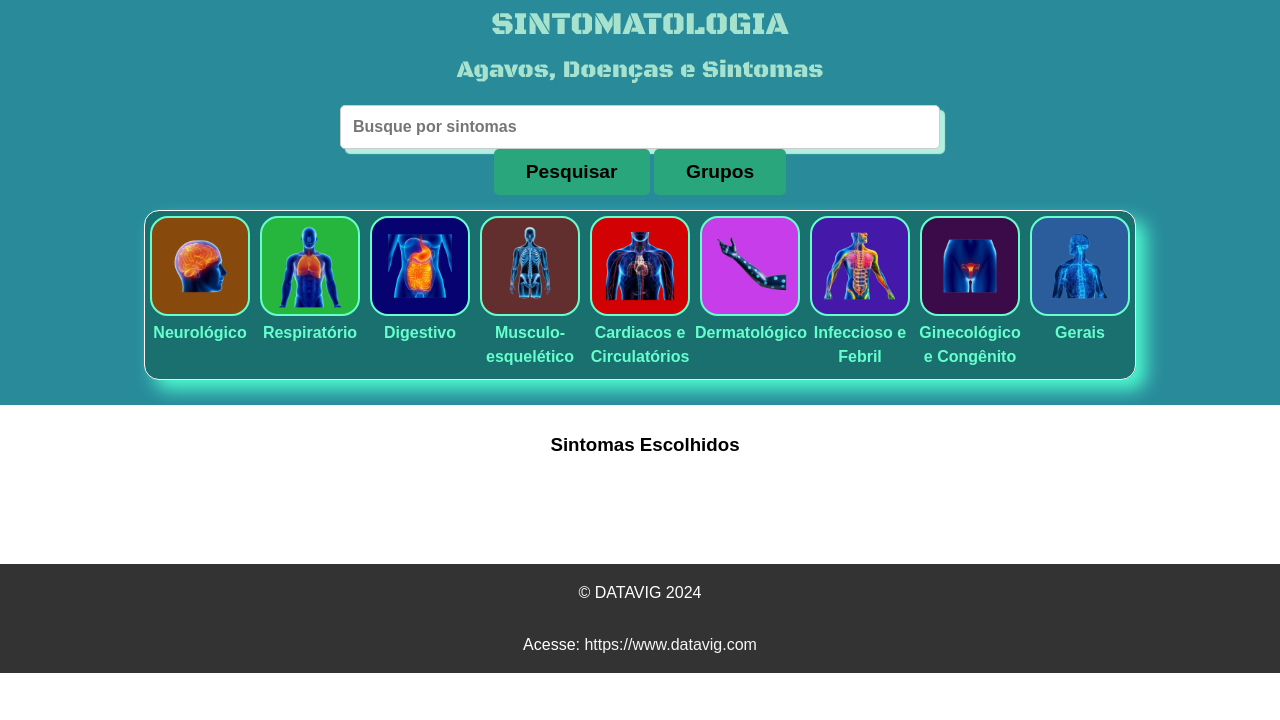
Repository: br-on/vigia
Page: index.html
An editor plug-in stored every save of this project. The page is shown before and after the next save, followed by the edit.
The browser window is 1280 px wide. The pictures show the whole page.
Some web fonts or font styles are not loaded; a fallback is used.

Above is the page before, as saved 2024-09-29 13:45:56.

### index.html
<!DOCTYPE html>
<html lang="pt-br">
<head>
  <meta charset="UTF-8">
  <meta name="viewport" content="width=device-width, initial-scale=1.0">
  <title>Sintomatologia</title>
  <link rel="stylesheet" href="assets/style/style.css">
</head>
<body>
  <nav>
  </nav>
  <header class="search">
    <h1 class="black-ops-one-regular">SINTOMATOLOGIA</h1>
    <h2 class="black-ops-one-regular">Agavos, Doenças e Sintomas</h2>

    <input type="text" placeholder="Busque por sintomas" class="electrolize-regular" id="campo-pesquisa">
    <div class="botoes">
      <button onclick="pesquisar()" class="electrolize-regular">Pesquisar</button>
      <button onclick="mostrarGrupos()" class="electrolize-regular">Grupos</button>
    </div>
    <div id="resultados-pesquisa" class="resultado-pesquisa font-item-sintoma"></div>
    <div id="grupos-sintomas" class="grupos-sintomas">
      <div class="base-div">
      <div id="neurologicos" class="grupo "><div class="grupo-sintoma bg-neurologicos"><img src="/assets/img/grupos/neurologico.png" alt=""></div><div class="nome-grupo electrolize-regular">Neurológico</div></div>
      <div id="respiratorios" class="grupo"><div class="grupo-sintoma bg-respiratorios"><img src="assets/img/grupos/respiratorio.png" alt=""></div><div class="nome-grupo electrolize-regular">Respiratório</div></div>
      <div id="digestivos" class="grupo"><div class="grupo-sintoma bg-digestivos"><img src="assets/img/grupos/digestivo.png" alt=""></div><div class="nome-grupo electrolize-regular">Digestivo</div></div>
      <div id="musculoesqueleticos" class="grupo"><div class="grupo-sintoma bg-musculoesqueleticos"><img src="assets/img/grupos/musculoesqueletico.png" alt=""></div><div class="nome-grupo electrolize-regular">Musculo- esquelético</div></div>
      <div id="cardiacos-circulatorios" class="grupo"><div class="grupo-sintoma bg-cardiacos-circulatorios"><img src="assets/img/grupos/cardiaco.png" alt=""></div><div class="nome-grupo electrolize-regular">Cardiacos e Circulatórios</div></div>
      <div id="dermatologicos" class="grupo"><div class="grupo-sintoma bg-dermatologicos"><img src="assets/img/grupos/dermatologico.png" alt=""></div><div class="nome-grupo electrolize-regular">Dermatológico</div></div>
      <div id="infecciosos-febris" class="grupo"><div class="grupo-sintoma bg-infecciosos-febris"><img src="assets/img/grupos/infecciosofebril.png" alt=""></div><div class="nome-grupo electrolize-regular">Infeccioso e Febril</div></div>
      <div id="ginecologicos-congenitos" class="grupo"><div class="grupo-sintoma bg-ginecologicos-congenitos"><img src="assets/img/grupos/ginecologicocongentia.png" alt=""></div><div class="nome-grupo electrolize-regular">Ginecológico e Congênito</div></div>
      <div id="sistemicos-gerais" class="grupo"><div class="grupo-sintoma bg-sistemicos-gerais"><img src="assets/img/grupos/gerais.png" alt=""></div><div class="nome-grupo electrolize-regular">Gerais</div></div>
      </div>
      <div class="overlay-div">
        <div class="top-overlay-div">
          <div class="top-1">
            <button class="electrolize-regular">Voltar</button>
          </div>
          <div class="top-2">    </div>
        </div>
        <div class="sintomas-grupo">
          <div id="resultados-pesquisa-grupo" class="resultado-pesquisa-sintomas font-item-sintoma"></div>
        </div>
      </div>
    </div><br>

    <br>
  </header>

  <main>
    <center><h3>Sintomas Escolhidos</h3></center>
    <div id="sintomas-escolhidos">
      <!-- Sintomas escolhidos serão exibidos aqui -->
    </div>
    <br><br>
    <div id="resultados-doencas">
      <!-- Resultados das doenças serão exibidos aqui -->
    </div>
    <br><br>

  </main>
  <footer>
    <p>&copy; DATAVIG 2024 </p> <br> <p>Acesse: <a href="https://www.datavig.com">https://www.datavig.com</a></p>
  </footer>

  <script src="assets/script/sintomas.js"></script>
  <script src="assets/script/data.js"></script>
  <script src="assets/script/app.js"></script>
</body>
</html>

### assets/script/app.js
    // variaveis globais bara definir mesma altura para resultados-pesquisa
const grupoSintomas = document.querySelector('.grupos-sintomas');
const resultadosPesquisa = document.querySelector('#resultados-pesquisa');

resultadosPesquisa.style.width = `${grupoSintomas.offsetWidth}px`;
resultadosPesquisa.style.height = `${grupoSintomas.offsetHeight}px`;

document.addEventListener('DOMContentLoaded', function () {
    // Inicialmente, ocultar a div #resultados-pesquisa
    const resultadosPesquisa = document.getElementById('resultados-pesquisa');
    resultadosPesquisa.style.display = 'none';

    // Configurar eventos de clique nos grupos e no botão Voltar
    configurarEventosDeCliqueNosGrupos();
});

function configurarEventosDeCliqueNosGrupos() {
    // Seleciona todas as divs de grupos de sintomas
    const grupos = document.querySelectorAll('.grupo');

    // Adiciona o evento de clique para cada grupo
    grupos.forEach(grupo => {
        grupo.addEventListener('click', () => {
            exibirSintomasPorGrupo(grupo.id);
        });
    });

    // Adiciona evento de clique ao botão Voltar
    const backButton = document.querySelector('.top-1 button');
    backButton.addEventListener('click', ocultarOverlay);
}

function exibirSintomasPorGrupo(grupoId) {
    const overlayDiv = document.querySelector('.overlay-div');
    const resultadosSintomasDiv = document.getElementById("resultados-pesquisa-grupo");
    const top2Div = document.querySelector('.top-2');
    const grupoDiv = document.getElementById(grupoId);

    // Limpa resultados anteriores
    resultadosSintomasDiv.innerHTML = "";

    // Obter sintomas já escolhidos
    const sintomasEscolhidos = Array.from(document.getElementById("sintomas-escolhidos").children)
        .map(div => div.textContent);

    // Filtrar sintomas pelo grupo clicado e que não foram escolhidos
    const sintomasEncontrados = dataSintomas.filter(sintoma =>
        sintoma.grupo_sintoma.toLowerCase() === grupoId.toLowerCase() &&
        !sintomasEscolhidos.includes(sintoma.titulo_sintoma)
    );

    // Exibir sintomas encontrados ou mensagem de "nenhum sintoma encontrado"
    if (sintomasEncontrados.length > 0) {
        sintomasEncontrados.forEach(sintoma => {
            const divSintoma = document.createElement('div');
            divSintoma.className = 'sintoma-item';
            divSintoma.style.backgroundColor = coresPorGrupo[grupoId.toLowerCase()] || '#ccc';
            divSintoma.textContent = sintoma.titulo_sintoma;
            divSintoma.addEventListener('click', () => adicionarSintomaEscolhido(sintoma, grupoId));
            resultadosSintomasDiv.appendChild(divSintoma);
        });
    } else {
        resultadosSintomasDiv.innerHTML = '<p>Nenhum sintoma encontrado para este grupo.</p>';
    }

    // Clona o conteúdo da div do grupo selecionado e insere na top-2
    const grupoDivClone = grupoDiv.cloneNode(true);
    top2Div.innerHTML = ''; // Limpa a top-2 antes de adicionar o clone
    top2Div.appendChild(grupoDivClone);

    // Exibe a overlay-div
    overlayDiv.classList.remove('display-off');
    overlayDiv.classList.add('display-on');
}

function ocultarOverlay() {
    const overlayDiv = document.querySelector('.overlay-div');
    overlayDiv.classList.remove('display-on');
    overlayDiv.classList.add('display-off');
}

function mostrarGrupos() {
    document.getElementById('resultados-pesquisa').style.display = 'none';
    document.getElementById('grupos-sintomas').style.display = 'block';
    document.getElementById('campo-pesquisa').value = ""; // para limpar quando for pra grupo
}

function pesquisar() {
    // esconde lista de grupos e exibe resultados de pesquisa
    document.getElementById('grupos-sintomas').style.display = 'none';
    document.getElementById('resultados-pesquisa').style.display = 'block';

    let campoPesquisa = document.getElementById("campo-pesquisa").value.toLowerCase();
    let resultadosSintomasDiv = document.getElementById("resultados-pesquisa");
    resultadosSintomasDiv.innerHTML = ""; // Limpar resultados anteriores

    //verifica se o campo pesdquisa está vazio
    if (campoPesquisa.trim() === "") {
        resultadosSintomasDiv.innerHTML = "<p>Digite um sintoma para iniciar a pesquisa.</p>";
        return;
    }

    // Obter sintomas já escolhidos para aplicar classe 'selecionado'
    let sintomasEscolhidos = Array.from(document.getElementById("sintomas-escolhidos").children)
        .map(div => div.textContent.trim());

    // Filtrar sintomas que correspondem ao texto digitado (exibindo todos, mesmo os já escolhidos)
    let sintomasEncontrados = dataSintomas.filter(sintoma =>
        sintoma.titulo_sintoma.toLowerCase().includes(campoPesquisa) ||
        sintoma.grupo_sintoma.toLowerCase().includes(campoPesquisa)
    );

    //verifica se encontrou algum sintoma correspondente
    if (sintomasEncontrados.length === 0) {
        resultadosSintomasDiv.innerHTML = "<p>Nenhum sintoma encontrado.</p>";
    } else {
        sintomasEncontrados.forEach(sintoma => {
            let divSintoma = document.createElement('div');
            divSintoma.className = 'sintoma-item';

            // Verifica se o sintoma já foi escolhido e adiciona a classe 'selecionado'
            if (sintomasEscolhidos.includes(sintoma.titulo_sintoma)) {
                divSintoma.classList.add('selecionado');
            }

            let grupoId = sintoma.grupo_sintoma.toLowerCase().replace(/\s/g, '-');
            divSintoma.style.backgroundColor = coresPorGrupo[grupoId] || '#ccc';

            divSintoma.textContent = sintoma.titulo_sintoma;
            divSintoma.addEventListener('click', () => adicionarSintomaEscolhido(sintoma, grupoId));

            resultadosSintomasDiv.appendChild(divSintoma);
        });
    }
}

function adicionarSintomaEscolhido(sintoma, grupoId) {
    let sintomasEscolhidosDiv = document.getElementById("sintomas-escolhidos");

    // Verifica se o sintoma já foi escolhido
    if (Array.from(sintomasEscolhidosDiv.children).some(div => div.textContent === sintoma.titulo_sintoma)) return;

    let divEscolhido = document.createElement('div');
    divEscolhido.className = 'sintoma-escolhido';
    divEscolhido.textContent = sintoma.titulo_sintoma;

    // Aplicar a cor do grupo ao sintoma escolhido
    divEscolhido.style.backgroundColor = coresPorGrupo[grupoId.toLowerCase()] || '#ccc';

    // Adiciona o evento de clique para remover o sintoma da lista escolhida
    divEscolhido.addEventListener('click', () => removerSintomaEscolhido(sintoma));

    sintomasEscolhidosDiv.appendChild(divEscolhido);

    let sintomasEncontrados = document.querySelectorAll('.sintoma-item');
    sintomasEncontrados.forEach(item => {
        if (item.textContent === sintoma.titulo_sintoma) {
            item.classList.add('selecionado');
        }
    });

    atualizarDoencasRelacionadas();
}

function removerSintomaEscolhido(sintoma) {
    let sintomasEscolhidosDiv = document.getElementById("sintomas-escolhidos");

    // Encontrar e remover o sintoma da lista de escolhidos
    Array.from(sintomasEscolhidosDiv.children).forEach(div => {
        if (div.textContent === sintoma.titulo_sintoma) {
            div.remove();
        }
    });

    // Reexibir o sintoma na lista de pesquisa ou na lista de grupo
    let resultadosSintomasDiv = document.getElementById("resultados-pesquisa");

    let divSintoma = document.createElement('div');
    divSintoma.className = 'sintoma-item';

    let grupoId = sintoma.grupo_sintoma.toLowerCase().replace(/\s/g, '-');
    divSintoma.style.backgroundColor = coresPorGrupo[grupoId] || '#ccc';

    divSintoma.textContent = sintoma.titulo_sintoma;
    divSintoma.addEventListener('click', () => adicionarSintomaEscolhido(sintoma, grupoId));

    let sintomasEncontrados = document.querySelectorAll('.sintoma-item');

    sintomasEncontrados.forEach(item => {
        if (item.textContent === sintoma.titulo_sintoma) {
            item.classList.remove('selecionado');
        }
    });

    atualizarDoencasRelacionadas();
}

function atualizarDoencasRelacionadas() {
    // Captura os sintomas escolhidos como um array de strings
    let sintomasEscolhidos = Array.from(document.getElementById("sintomas-escolhidos").children)
        .map(div => div.textContent.toLowerCase()); // Convertendo para minúsculas para facilitar a comparação

    let resultadosDoencasDiv = document.getElementById("resultados-doencas");
    resultadosDoencasDiv.innerHTML = ""; // Limpar doenças anteriores

    if (sintomasEscolhidos.length === 0) {
        resultadosDoencasDiv.innerHTML = "<p>Nenhum sintoma selecionado.</p>";
        return;
    }

    // Filtrando as doenças relacionadas com base nos sintomas
    let doencasRelacionadas = dataDoencas.filter(doenca =>
        sintomasEscolhidos.every(sintoma =>
            doenca.sintomas.toLowerCase().includes(sintoma) // Verifica se cada sintoma escolhido está presente na string de sintomas da doença
        )
    );

    // Exibe o resultado da filtragem
    if (doencasRelacionadas.length === 0) {
        resultadosDoencasDiv.innerHTML = "<p>Nenhuma doença relacionada encontrada.</p>";
    } else {
        doencasRelacionadas.forEach(doenca => {
            let divDoenca = document.createElement('div');
            divDoenca.className = 'doenca-item';
            divDoenca.innerHTML = `
            <div class="item-resultado">
                <center><h2 class="black-ops-one-regular">${doenca.titulo}</h2></center>
                <h4 class="electrolize-regular">Descrição</h4>
                <p class="descricao-meta">${doenca.descricao}</p>
                <h4 class="electrolize-regular">Sintomas</h4>
                <p class="descricao-meta">${doenca.sintomas}</p>
            </div>`;
            resultadosDoencasDiv.appendChild(divDoenca);
        });
    }
}

Loaded but not shown: assets/script/data.js (373 lines, source omitted); assets/script/sintomas.js (484 lines, source omitted); assets/style/style.css (496 lines, source omitted)

After the next save:
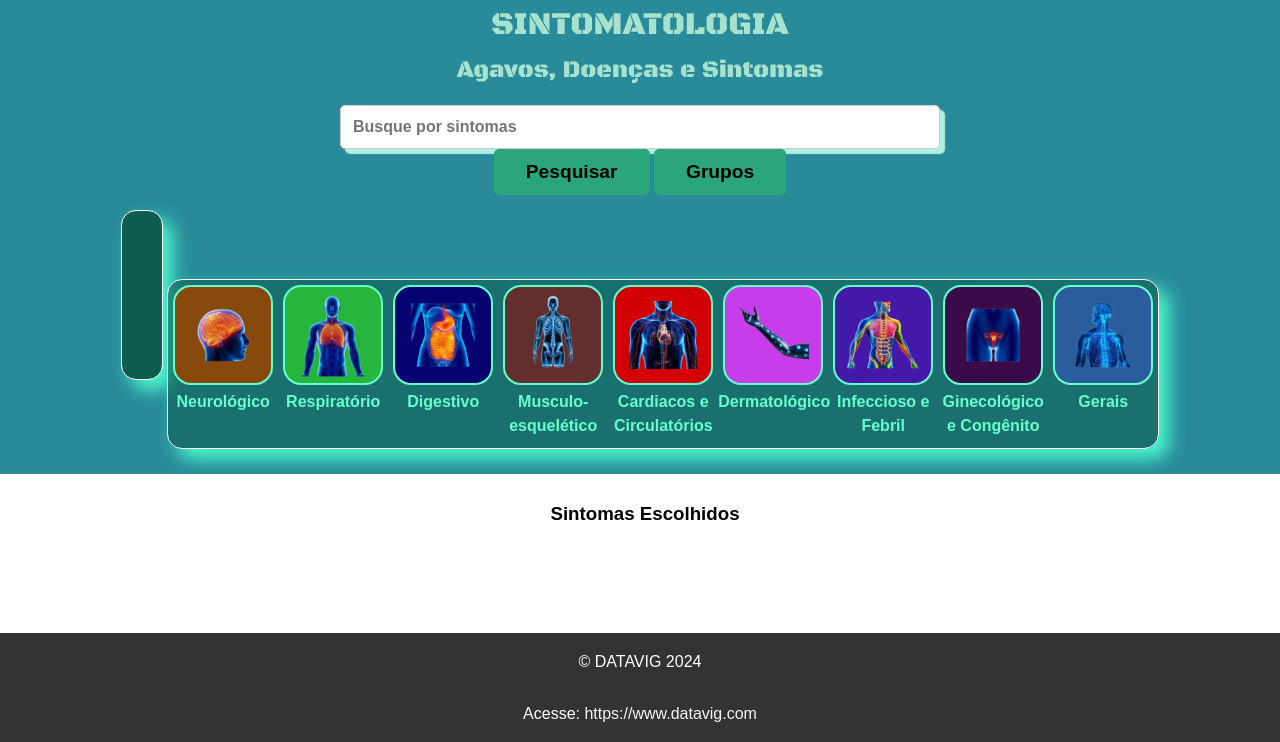
Console error: SyntaxError: Unexpected token ')'
Saved 3 min 8 s later.
--- a/assets/script/app.js
+++ b/assets/script/app.js
@@ -43,10 +43,9 @@
     const sintomasEscolhidos = Array.from(document.getElementById("sintomas-escolhidos").children)
         .map(div => div.textContent);
 
-    // Filtrar sintomas pelo grupo clicado e que não foram escolhidos
+    // Filtrar sintomas pelo grupo clicado
     const sintomasEncontrados = dataSintomas.filter(sintoma =>
         sintoma.grupo_sintoma.toLowerCase() === grupoId.toLowerCase() &&
-        !sintomasEscolhidos.includes(sintoma.titulo_sintoma)
     );
 
     // Exibir sintomas encontrados ou mensagem de "nenhum sintoma encontrado"

After the save that followed:
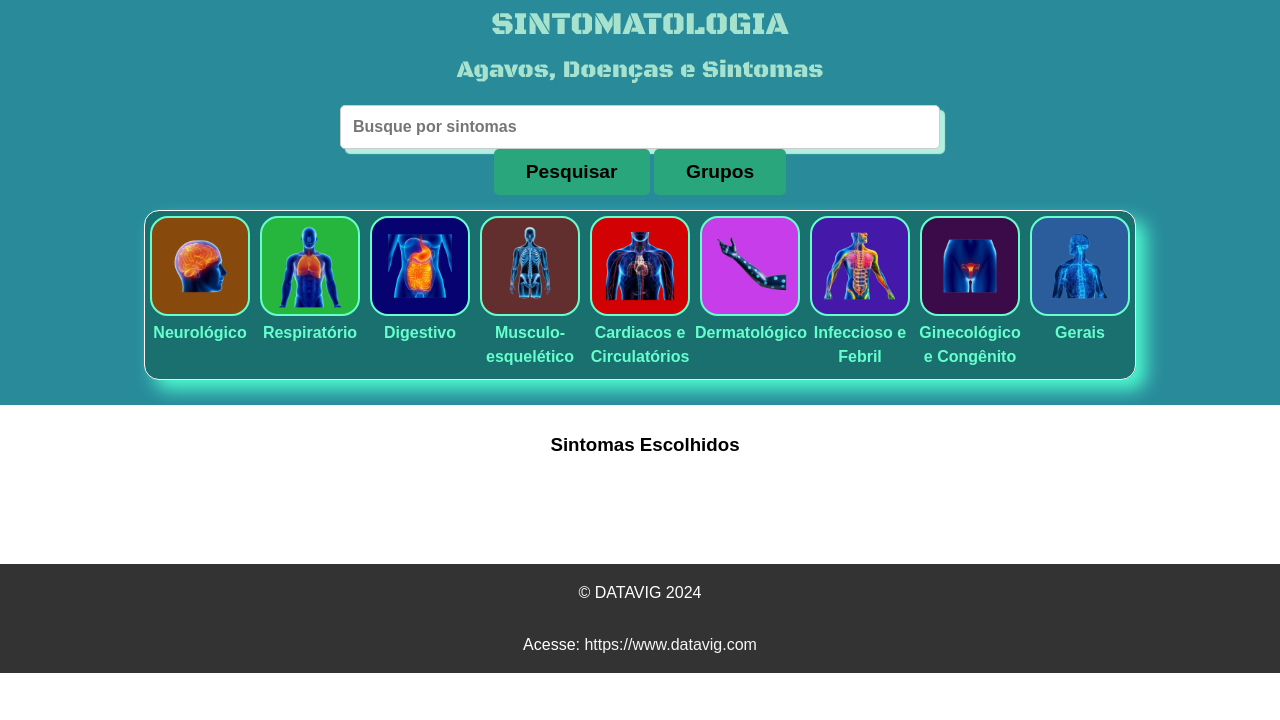
The error is gone.
Saved 13 s later.
--- a/assets/script/app.js
+++ b/assets/script/app.js
@@ -45,7 +45,7 @@
 
     // Filtrar sintomas pelo grupo clicado
     const sintomasEncontrados = dataSintomas.filter(sintoma =>
-        sintoma.grupo_sintoma.toLowerCase() === grupoId.toLowerCase() &&
+        sintoma.grupo_sintoma.toLowerCase() === grupoId.toLowerCase()
     );
 
     // Exibir sintomas encontrados ou mensagem de "nenhum sintoma encontrado"
